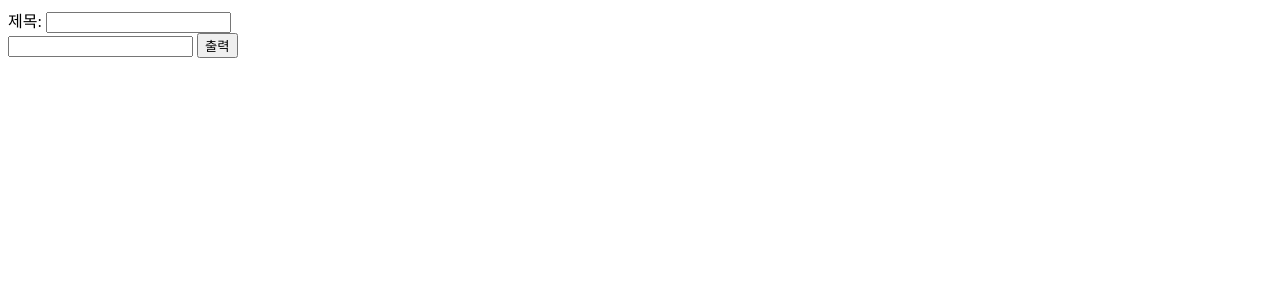
Repository: bluesky3268/Servlet_Jsp
Page: JSPPrj/WebContent/reg.html
The author's editor kept a copy of each file at every save. The page is drawn from the files as they stood at one save, then again after the next save.
The browser window is 1280 px wide. The pictures show the whole page.

Above is the page before, as saved 2021-02-17 10:48:02.

After the next save:
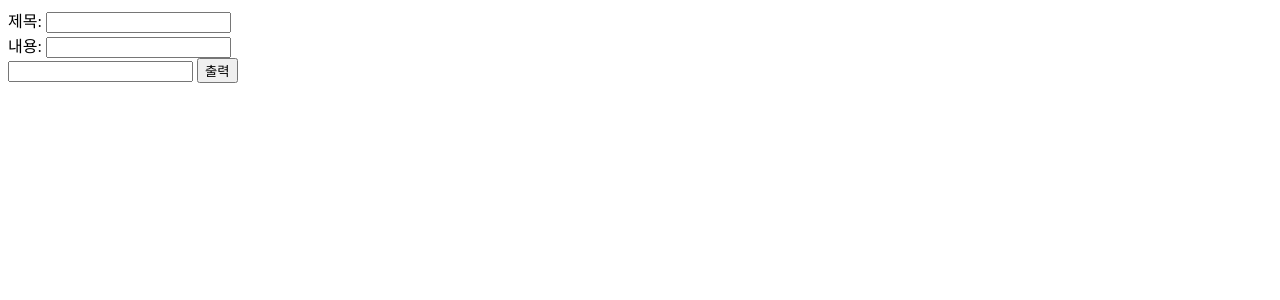
Saved 20 s later.
--- a/JSPPrj/WebContent/reg.html
+++ b/JSPPrj/WebContent/reg.html
@@ -11,6 +11,9 @@
 			<label>제목: </label><input type = "text">
 		</div>
 		<div>
+			<label>내용: </label><input type = "text">
+		</div>
+		<div>
 			<input type = "text" name = "cnt" />
 			<input type = "submit" value = "출력" />
 		</div>
